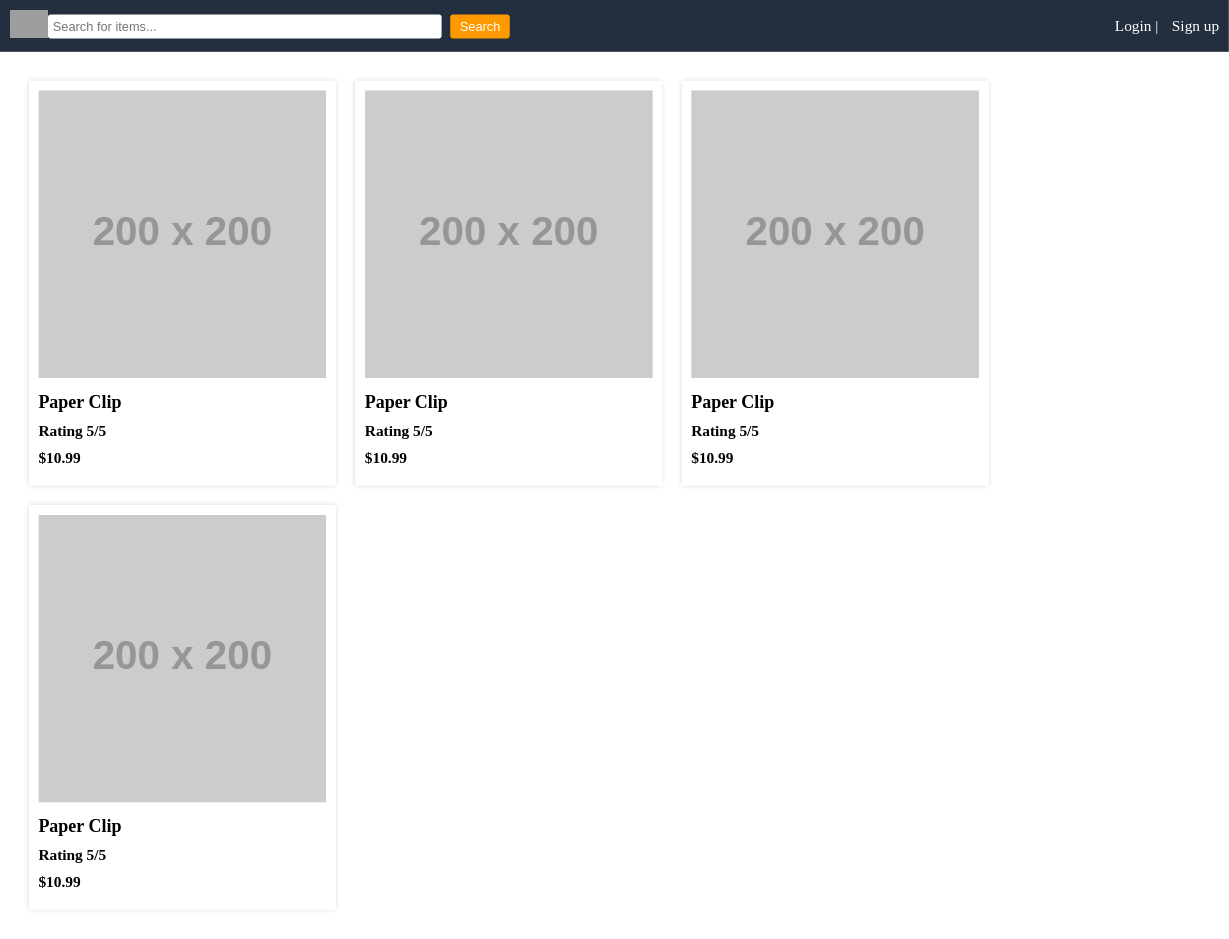
Repository: Minh-John-Le/OfficeSupplyDepot
Page: OfficeSupplyDepotServlet/src/main/webapp/MainPage.html
An editor plug-in stored every save of this project. The page is shown before and after the next save, followed by the edit.
The browser window is 1280 px wide. The pictures show the whole page, at 96% of full size.
Pictures or frames that could not be fetched are drawn as grey boxes.

Above is the page before, as saved 2023-03-13 06:33:28.

After the next save:
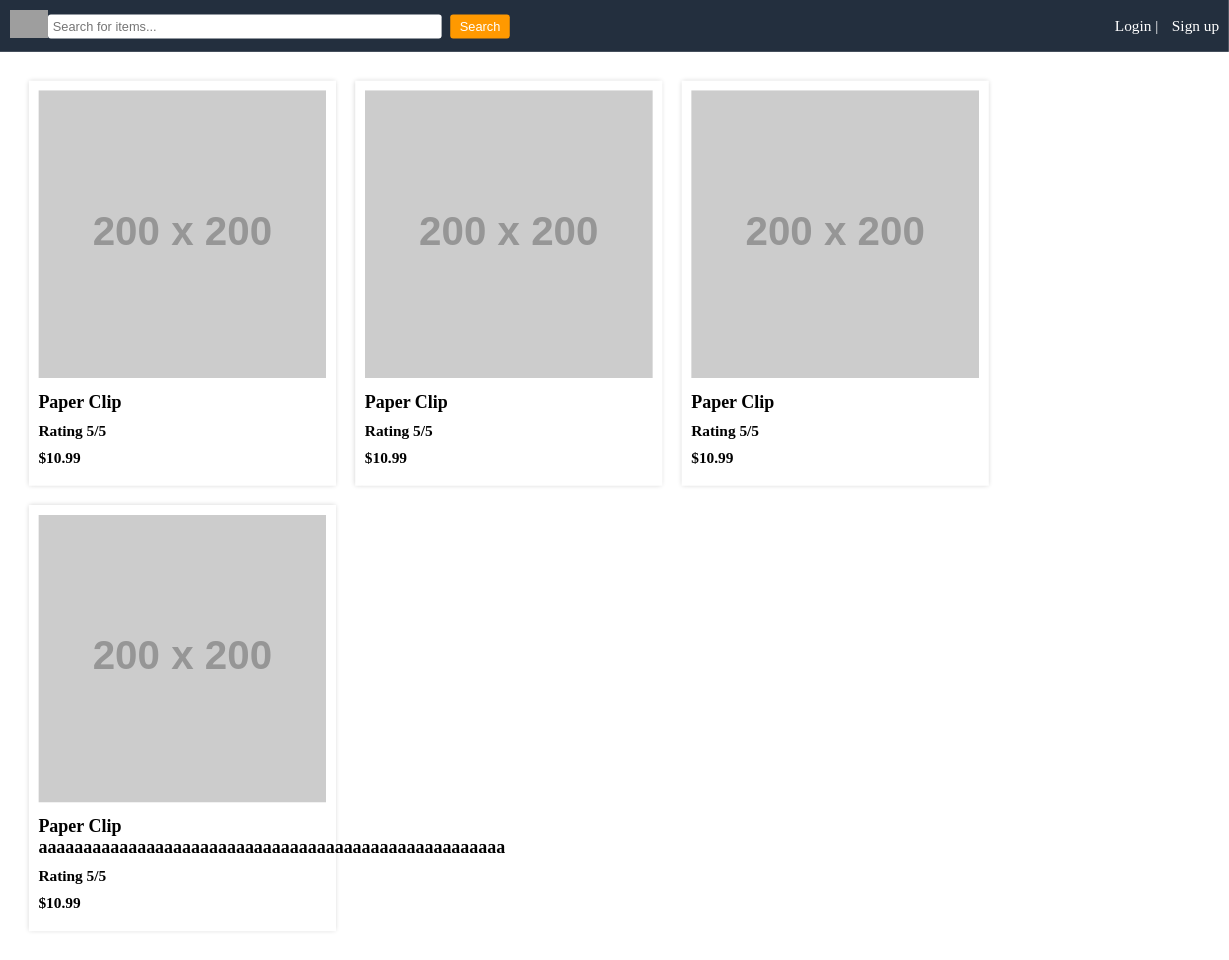
Saved 29 s later.
--- a/OfficeSupplyDepotServlet/src/main/webapp/MainPage.html
+++ b/OfficeSupplyDepotServlet/src/main/webapp/MainPage.html
@@ -39,7 +39,7 @@
 		</div>
 		<div class="item-box">
 			<img src="https://dummyimage.com/200x200/000/fff&text=Paperclips">
-			<h3>Paper Clip</h3>
+			<h3>Paper Clip aaaaaaaaaaaaaaaaaaaaaaaaaaaaaaaaaaaaaaaaaaaaaaaaaaaa</h3>
 			<p>Rating 5/5</p>
 			<p>$10.99</p>
 		</div>
